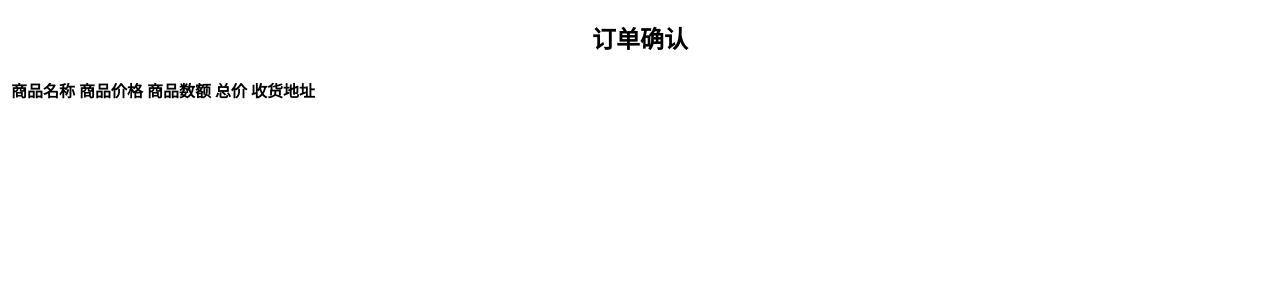
Repository: kairynx/js-
Page: 案例1渲染表格.html
The author's editor kept a copy of each file at every save. The page is drawn from the files as they stood at one save, then again after a run of saves.
The browser window is 1280 px wide. The pictures show the whole page.

Above is the page before, as saved 2026-03-08 21:08:11.

After the next 2 saves:
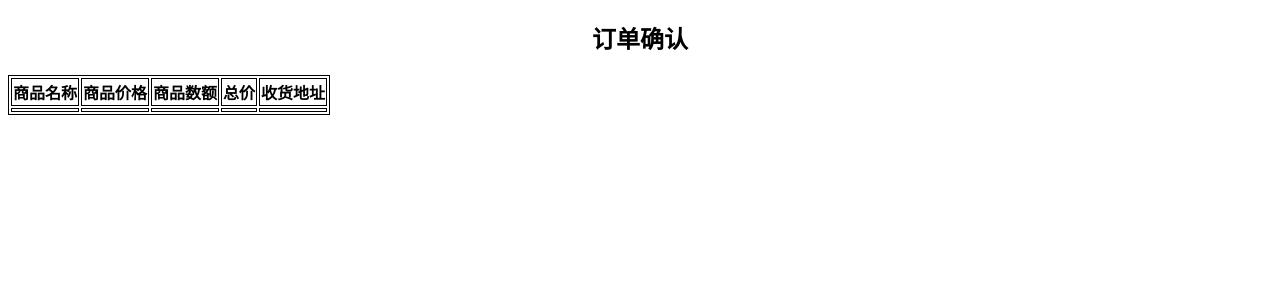
The 2 saves are shown as one change because they came seconds apart.
The last was saved 6 s later.
--- a/案例1渲染表格.html
+++ b/案例1渲染表格.html
@@ -10,7 +10,7 @@
         text-align: center
     }
     table,tr,th{
-        border:1px,
+        border:1px,solid,black
     }
 </style>
 <body>
